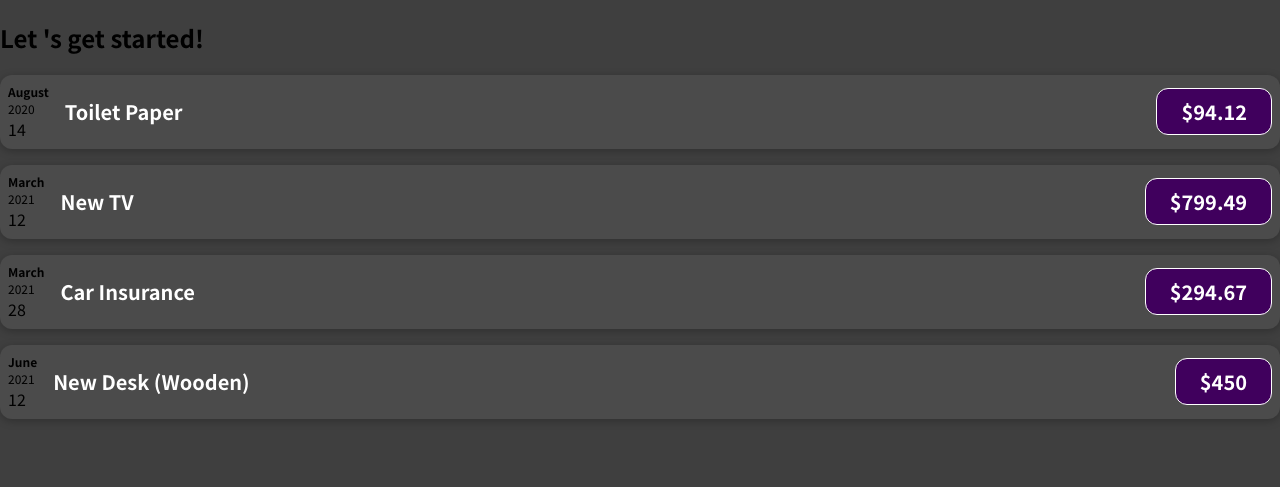
Repository: prathmeshgodbole/react-complete
Page: /
The author's editor kept a copy of each file at every save. The page is drawn from the files as they stood at one save, then again after the next save.
The browser window is 1280 px wide. The pictures show the whole page.
The project was rebuilt for these pictures with package versions that can differ from the ones it lists, and the page was loaded fresh each time.

Above is the page before, as saved 2021-07-01 20:37:10.

### src/App.js
import ExpenseItem from "./components/ExpenseItem";
function App() {
  const expenses = [
    {
      id: "e1",
      title: "Toilet Paper",
      amount: 94.12,
      date: new Date(2020, 7, 14),
    },
    { id: "e2", title: "New TV", amount: 799.49, date: new Date(2021, 2, 12) },
    {
      id: "e3",
      title: "Car Insurance",
      amount: 294.67,
      date: new Date(2021, 2, 28),
    },
    {
      id: "e4",
      title: "New Desk (Wooden)",
      amount: 450,
      date: new Date(2021, 5, 12),
    },
  ];
  return (
    <div>
      <h2> Let 's get started!</h2>
      <ExpenseItem
        title={expenses[0].title}
        amount={expenses[0].amount}
        date={expenses[0].date}
      ></ExpenseItem>
      <ExpenseItem
        title={expenses[1].title}
        amount={expenses[1].amount}
        date={expenses[1].date}
      ></ExpenseItem>
      <ExpenseItem
        title={expenses[2].title}
        amount={expenses[2].amount}
        date={expenses[2].date}
      ></ExpenseItem>
      <ExpenseItem
        title={expenses[3].title}
        amount={expenses[3].amount}
        date={expenses[3].date}
      ></ExpenseItem>
    </div>
  );
}

export default App;

### src/components/ExpenseItem.js

import ExpenseDate from "./ExpenseDate";
import "./ExpenseItem.css";

function ExpenseItem(props) {

  return (
    <div className="expense-item">
    <ExpenseDate date={props.date}/>
      <div className="expense-item__description">
        <h2>{props.title}</h2>
        <div className="expense-item__price">${props.amount}</div>
      </div>
    </div>
  );
}
export default ExpenseItem;

### src/components/ExpenseDate.js
import './ExpenseDate.css'
function ExpenseDate(props) {
  const month = props.date.toLocaleString("en-US", { month: "long" });
  const year = props.date.getFullYear();
  const day = props.date.toLocaleString("en-US", { day: "2-digit" });

  return (
    <div>
      <div className="expense-date__month">{month}</div>
      <div className="expense-date__year">{year}</div>
      <div className="">{day}</div>
    </div>
  );
}

export default ExpenseDate;

### src/components/ExpenseItem.css
.expense-item {
    display: flex;
    justify-content: space-between;
    align-items: center;
    box-shadow: 0 2px 8px rgba(0, 0, 0, 0.25);
    padding: 0.5rem;
    margin: 1rem 0;
    border-radius: 12px;
    background-color: #4b4b4b;
}

.expense-item__description {
    display: flex;
    flex-direction: column;
    gap: 1rem;
    align-items: flex-end;
    flex-flow: column-reverse;
    justify-content: flex-start;
    flex: 1;
}

.expense-item h2 {
    color: #3a3a3a;
    font-size: 1rem;
    flex: 1;
    margin: 0 1rem;
    color: white;
}

.expense-item__price {
    font-size: 1rem;
    font-weight: bold;
    color: white;
    background-color: #40005d;
    border: 1px solid white;
    padding: 0.5rem;
    border-radius: 12px;
}

@media (min-width: 580px) {
    .expense-item__description {
        flex-direction: row;
        align-items: center;
        justify-content: flex-start;
        flex: 1;
    }
    .expense-item__description h2 {
        font-size: 1.25rem;
    }
    .expense-item__price {
        font-size: 1.25rem;
        padding: 0.5rem 1.5rem;
    }
}

Loaded but not shown: public/index.html (common file); src/index.js (common file); src/index.css (common file); src/components/ExpenseDate.css (common file)

After the next save:
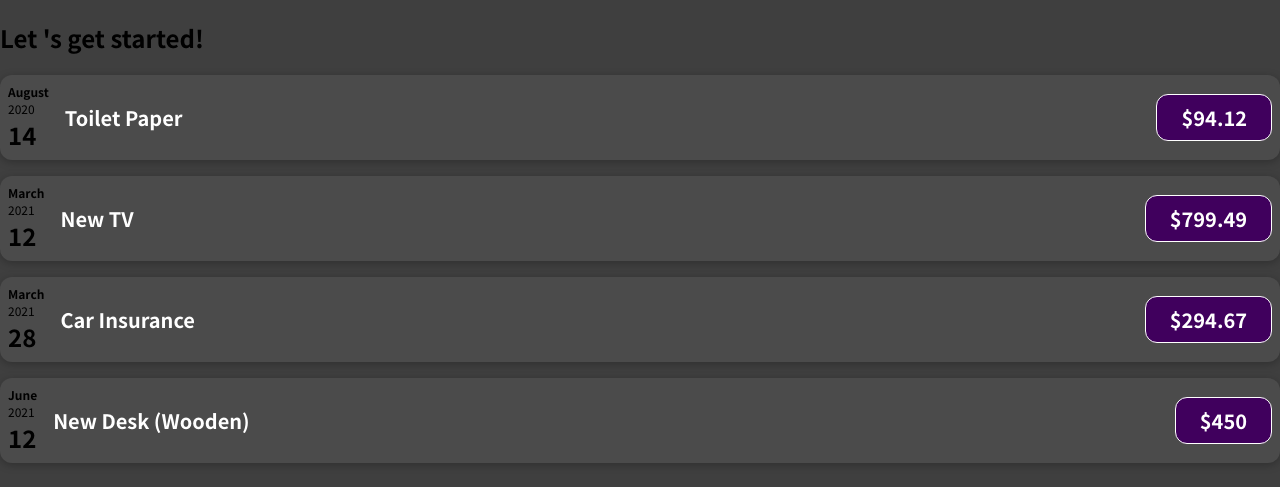
Saved 12 s later.
--- a/src/components/ExpenseDate.js
+++ b/src/components/ExpenseDate.js
@@ -8,7 +8,7 @@ function ExpenseDate(props) {
     <div>
       <div className="expense-date__month">{month}</div>
       <div className="expense-date__year">{year}</div>
-      <div className="">{day}</div>
+      <div className="expense-date__day">{day}</div>
     </div>
   );
 }
